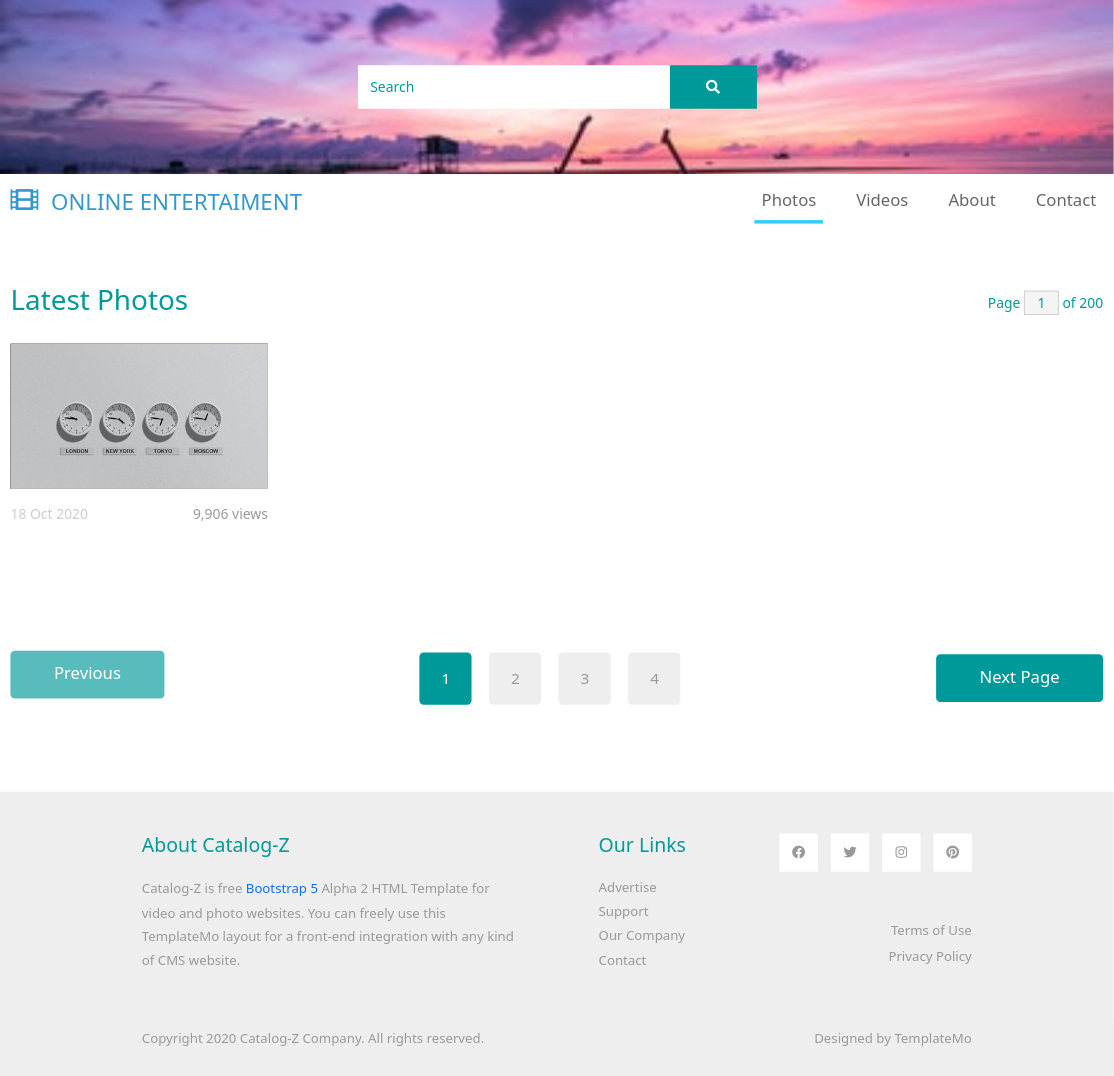
Repository: NguyenGiaHuy1102003/VideoManagementWebsite
Page: http://localhost/AsmJava4/index
These files come from the project's save history. The page is drawn as it stood at one moment and after the next save; the edit follows.
The browser window is 1280 px wide. The pictures show the whole page, at 87% of full size.
The page is served by Tomcat 9.

Above is the page before, as saved 2023-07-21 06:59:12.

After the next save:
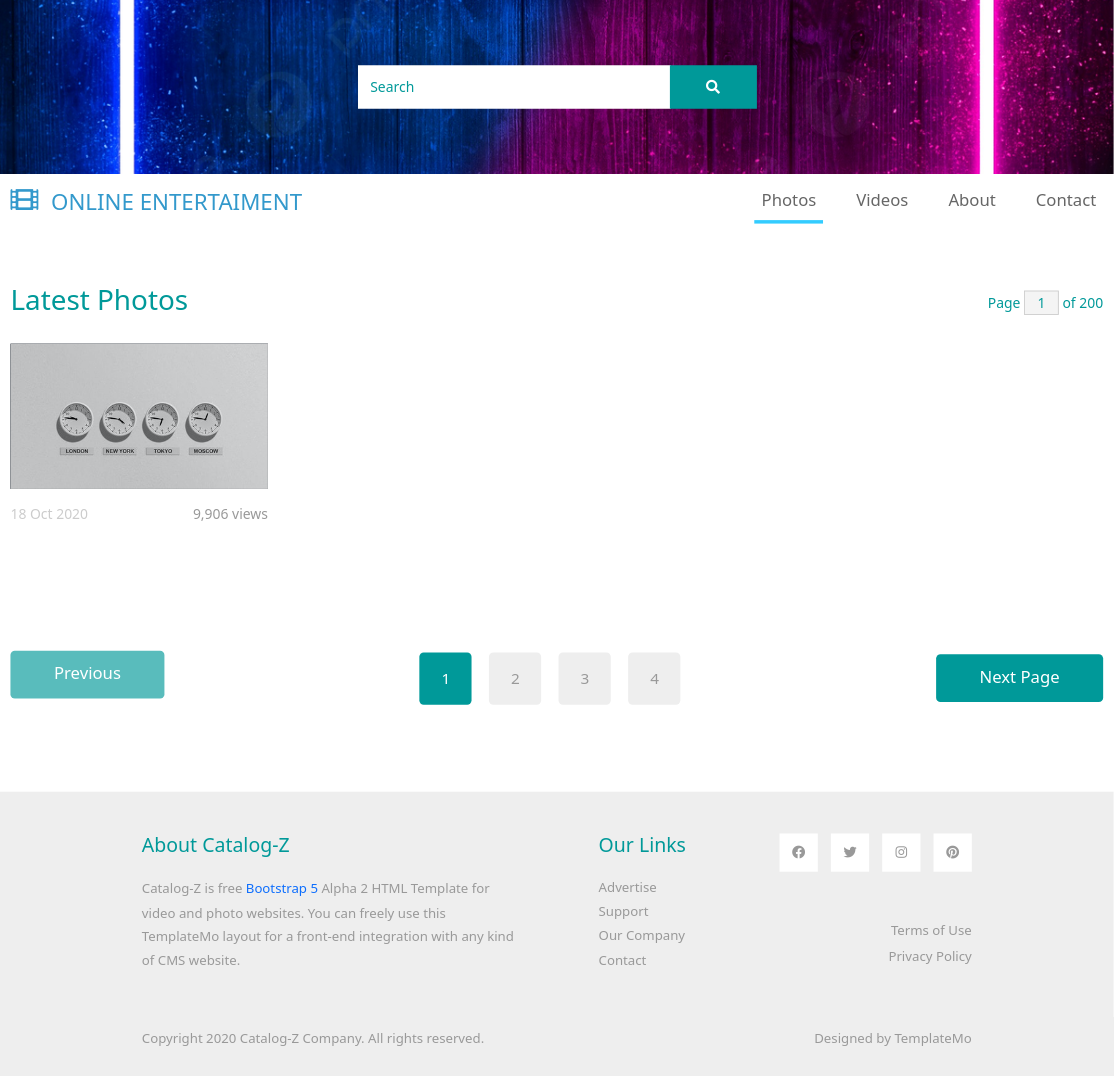
Saved 8 min 19 s later.
--- a/WebsiteSellingFlowers/ASMJava4/AsmJava4/src/main/webapp/common/header.jsp
+++ b/WebsiteSellingFlowers/ASMJava4/AsmJava4/src/main/webapp/common/header.jsp
@@ -9,7 +9,7 @@
 
 </div>
 <div class="tm-hero d-flex justify-content-center align-items-center" data-parallax="scroll" data-image-src="<c:url
-value='templates/user/img/img-13.jpg'/>">
+value='templates/user/img/img2003.jpg'/>">
         <form class="d-flex tm-search-form">
             <input class="form-control tm-search-input" type="search" placeholder="Search" aria-label="Search">
             <button class="btn btn-outline-success tm-search-btn" type="submit">
